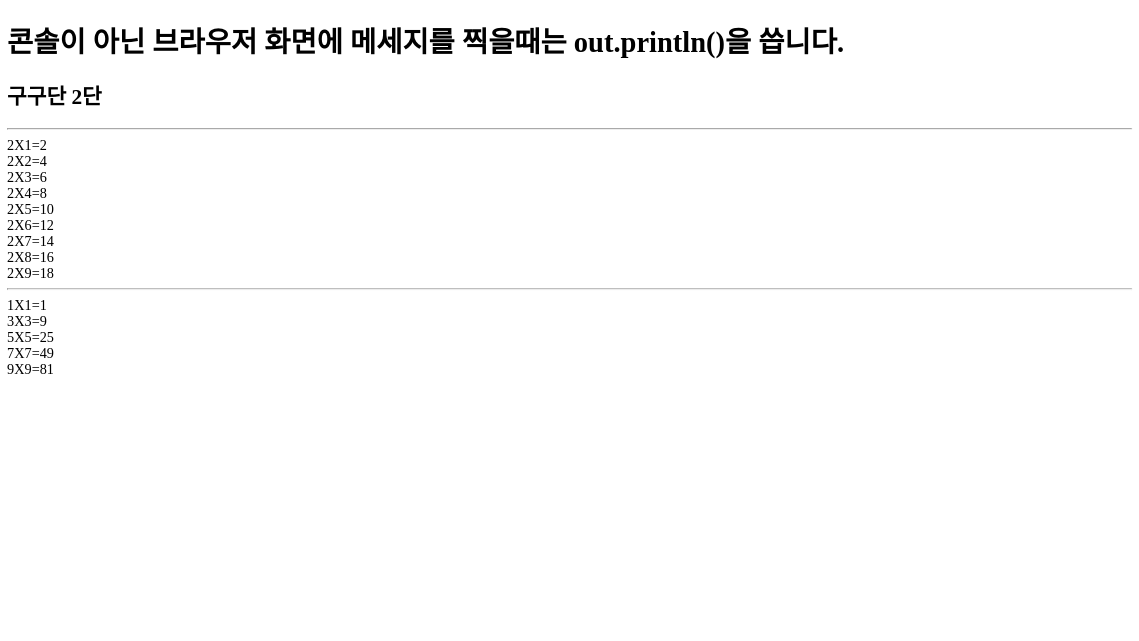
Repository: gowjd4419/jsp
Page: http://localhost/JSPBasic/jsptag/scriptlet.jsp
An editor plug-in stored every save of this project. The page is shown before and after the next save, followed by the edit.
The browser window is 1280 px wide. The pictures show the whole page, at 89% of full size.
The page is served by Tomcat 9.

Above is the page before, as saved 2022-03-22 11:47:23.

### JSPBasic/src/main/webapp/jsptag/scriptlet.jsp
<%@ page language="java" contentType="text/html; charset=UTF-8"
    pageEncoding="UTF-8"%>
<!DOCTYPE html>
<html>
<head>
<meta charset="UTF-8">
<title>Insert title here</title>
</head>
<body>
    <% System.out.println("<h1>콘솔에 메세지를 찍을때는 System.out.println()을 씁니다.</h1>");
    out.println("<h1>콘솔이 아닌 브라우저 화면에 메세지를 찍을때는 out.println()을 씁니다.</h1>");%>
    <h2>구구단 2단</h2><hr>
    <%
       // 구구단 2단을 브라우저에 출력하기
       for(int i = 1; i <=9; i++){
            out.println(2+"X"+i+"="+i*2+"<br>");
       }
     %>
     <hr>
     <!-- 반복문과 조건문을 이용하여 구구단 홀수단(3,5,7,9)을 화면에 출력해보기 -->
     <%
         for(int i = 1; i <=10; i++){
        	 if(i % 2==0){
        		 continue;
        	 }
        	 out.println(i+"X"+i+"="+i*i+"<br>");

         }
     %>

</body>
</html>

After the next save:
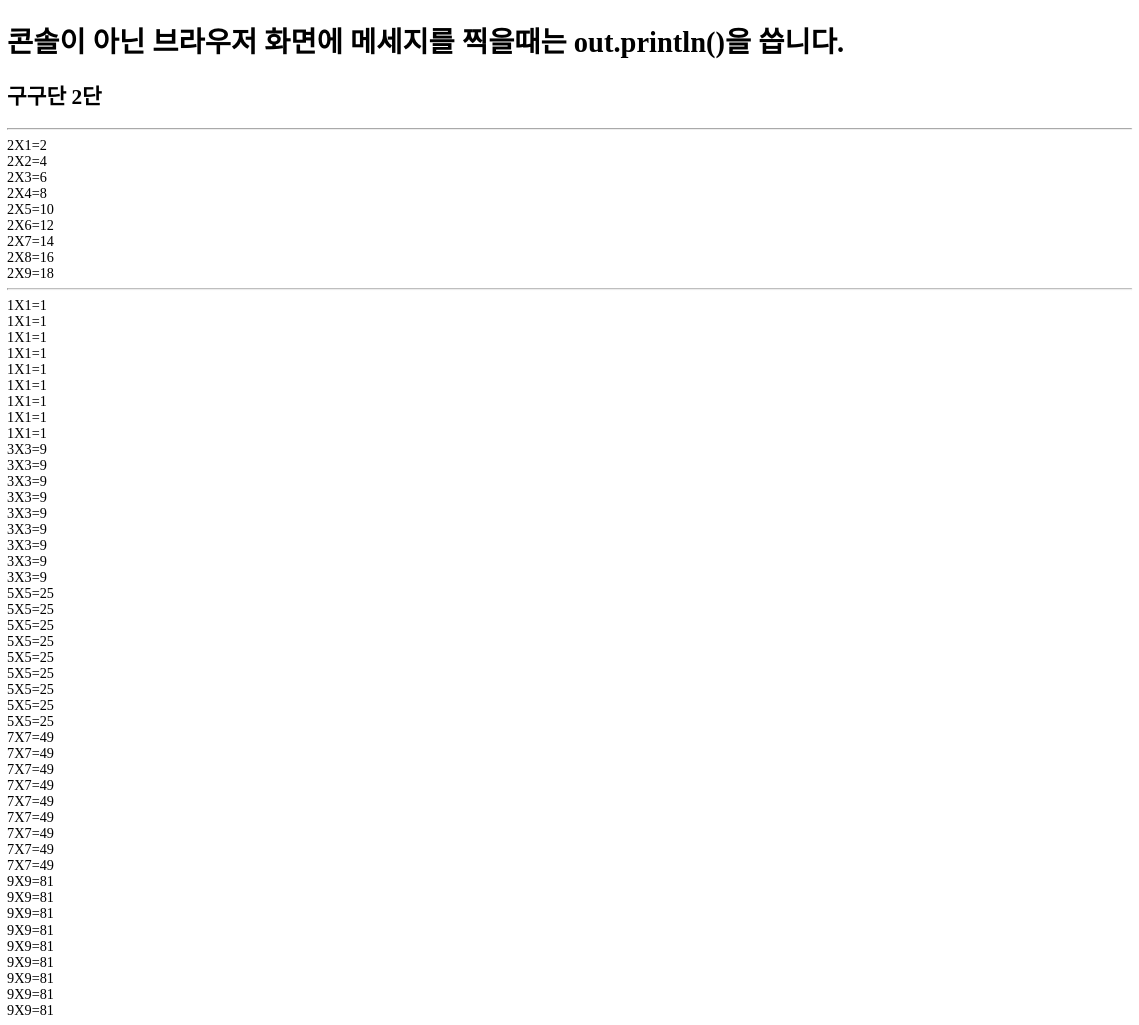
Saved 2 min 6 s later.
--- a/JSPBasic/src/main/webapp/jsptag/scriptlet.jsp
+++ b/JSPBasic/src/main/webapp/jsptag/scriptlet.jsp
@@ -20,11 +20,12 @@
      <!-- 반복문과 조건문을 이용하여 구구단 홀수단(3,5,7,9)을 화면에 출력해보기 -->
      <%
          for(int i = 1; i <=10; i++){
+        	 for(int j = 1; j<10; j++){
         	 if(i % 2==0){
         		 continue;
         	 }
         	 out.println(i+"X"+i+"="+i*i+"<br>");
-
+        	 }
          }
      %>
 
